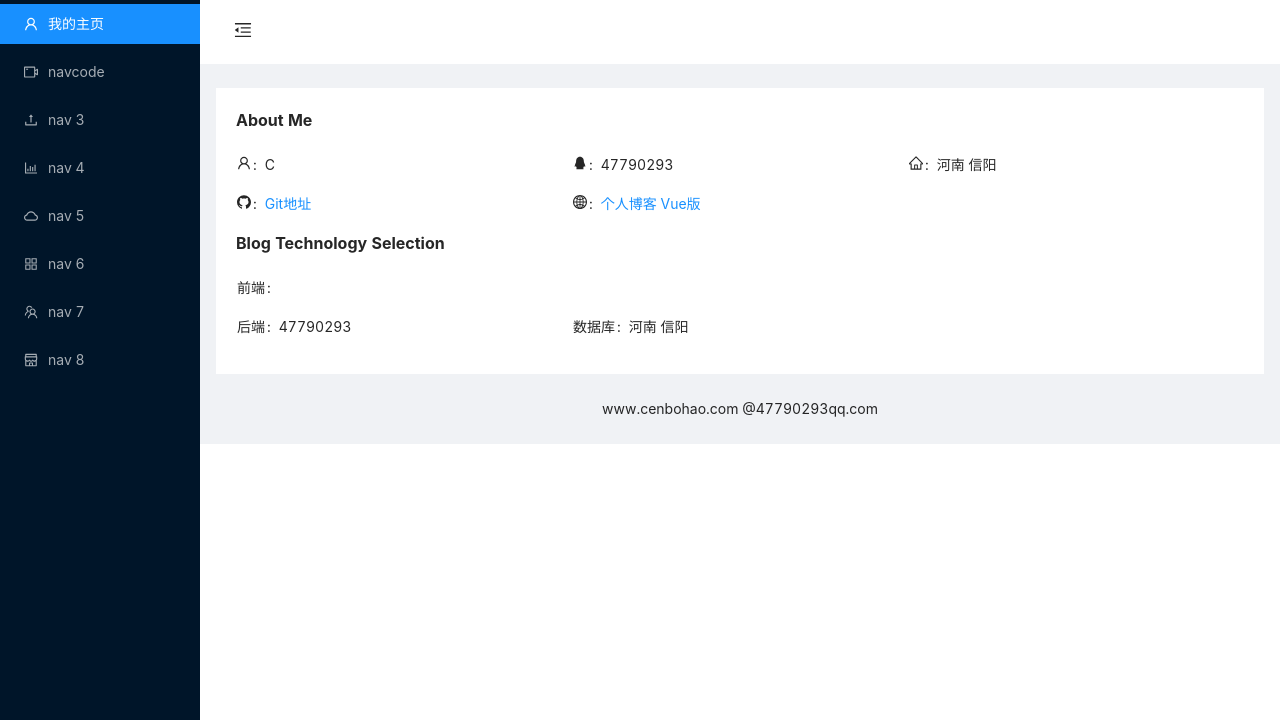
Repository: CBH20010703/bolgsweb
Page: /index (app in blogs/)
The author's editor kept a copy of each file at every save. The page is drawn from the files as they stood at one save, then again after the next save.
The browser window is 1280 px wide. The pictures show the whole page.
The project was rebuilt for these pictures with package versions that can differ from the ones it lists, and the page was loaded fresh each time. Also part of the build but not shown: blogs/src/view/Login/Login.jsx, blogs/src/component/Menu/MenuList.css, blogs/src/view/Home/Home.css, blogs/src/view/NavCode/NavCode.css, blogs/src/view/NavCode/NavCode.jsx, blogs/src/view/404/Error.jsx.

Above is the page before, as saved 2021-06-27 22:35:16.

### blogs/src/index.js
import React from 'react';
import ReactDOM from 'react-dom';
import './index.css';
import App from './App';
import { BrowserRouter} from 'react-router-dom'


ReactDOM.render(<BrowserRouter><App /></BrowserRouter>,document.getElementById('root'));

### blogs/src/App.js
import './App.css';
import { React, Component } from "react";

import  RouterMap from "./router/RouterMap"
export default class  App extends Component {
  constructor(props) {
    super(props);
    this.state = {  collapsed: false, }
  }
  toggle = (data) => {
     console.log(data)
    this.setState({
      collapsed: data,
    });
  };
  render() {
    return (
      <RouterMap/>
    );
  }
}

### blogs/src/router/RouterMap.js
import React from 'react'
import {  Route, Switch} from 'react-router-dom'
import Login from "../view/Login/Login"
import Context from '../view/context/context'
import Error from '../view/404/Error'
export default class RouterMap  extends React.Component {
    render() {
        return (


            <Switch>
                 <Route  path="/"  component={Context}/>
                <Route path="/login" component={Login} />

                    <Route path="*" component={Error} />

               </Switch>


        )
    }
}

### blogs/src/view/context/context.jsx

import { React, Component } from "react";
import Headers from '../../component/Header/Headers';
import MenuList from '../../component/Menu/MenuList';
import Footers from '../../component/Footer/Footers';

import { Layout } from 'antd';
import { Redirect, Route, Switch } from 'react-router-dom'
import Home from "../Home/Home.jsx";
import Navcode from "../NavCode/NavCode.jsx"
import Error from "../404/Error";
const { Content, Sider } = Layout;
export default class Context extends Component {
  constructor(props) {
    super(props);
    this.state = { collapsed: false, }
  }
  toggle = (data) => {
    console.log(data)
    this.setState({
      collapsed: data,
    });
  };
  render() {
    return (

      <Layout>
        <Sider trigger={null} collapsible collapsed={this.state.collapsed}
          style={{
            overflow: 'auto',
            height: '100vh',
            position: 'fixed',
            left: 0,
          }}
        >
          <MenuList />
        </Sider>
        <Layout className="site-layout" style={{ paddingLeft: this.state.collapsed ? "60px" : "200px", transition: "0.1s ease" }}>
          <Headers toggle={this.toggle} parent={this.state.collapsed}></Headers>
          <Content style={{ margin: '24px 16px 0', height: "auto", background: "#fff" }}>
            <Switch>
              <Route path="/index" component={Home} />
              <Route path="/NavCode" component={Navcode} />
              <Route path="*" component={Error} />
              <Redirect to="/index"></Redirect>
            </Switch>
          </Content>
          <Footers />
        </Layout>
      </Layout>


    );
  }
}

### blogs/src/component/Header/Headers.jsx
import React, { Component } from 'react'
import { Layout } from 'antd';


import {
  MenuUnfoldOutlined,
  MenuFoldOutlined,
} from '@ant-design/icons';
import "./Headers.css"
const { Header } = Layout;
export default class Headers extends Component {
    constructor(props) {
        super(props)
        this.state = {
            isShow:false
        }
    }
    Tab = () => {
        let { isShow } = this.state;
        this.setState({
            isShow:!isShow
        })
        this.props.toggle(!isShow);

    }
    render() {

        return (

                <Header className="site-layout-background" style={{ paddingLeft:"10px" }} >
                     {React.createElement(this.state.isShow ? MenuUnfoldOutlined : MenuFoldOutlined, {
              className: 'trigger',
                         onClick: this.Tab,

            })}
                </Header>

        )
    }
}

### blogs/src/component/Menu/MenuList.jsx
import React, { Component } from 'react'
import { Menu } from 'antd';
import {Link} from 'react-router-dom'
import "./MenuList.css"
import {
  AppstoreOutlined,
  BarChartOutlined,
  CloudOutlined,
  ShopOutlined,
  TeamOutlined,
  UserOutlined,
  UploadOutlined,
  VideoCameraOutlined,
} from '@ant-design/icons';
export default class MenuList extends Component {
  render() {
    return (

         <Menu theme="dark" mode="inline" defaultSelectedKeys={['1']}>
          <Menu.Item key="1"  icon={<UserOutlined />}>
          <Link to="/index"> 我的主页
            </Link>

          </Menu.Item>
          <Menu.Item key="2" icon={<VideoCameraOutlined />}>
          <Link to="/NavCode"> navcode
            </Link>

          </Menu.Item>
          <Menu.Item key="3" icon={<UploadOutlined />}>
            nav 3
          </Menu.Item>
          <Menu.Item key="4" icon={<BarChartOutlined />}>
            nav 4
          </Menu.Item>
          <Menu.Item key="5" icon={<CloudOutlined />}>
            nav 5
          </Menu.Item>
          <Menu.Item key="6" icon={<AppstoreOutlined />}>
            nav 6
          </Menu.Item>
          <Menu.Item key="7" icon={<TeamOutlined />}>
            nav 7
          </Menu.Item>
          <Menu.Item key="8" icon={<ShopOutlined />}>
            nav 8
          </Menu.Item>
        </Menu>
    )
  }
}

### blogs/src/component/Footer/Footers.jsx
import React, { Component } from 'react'
import { Layout } from 'antd';
const {  Footer } = Layout;
export default class Footers extends Component {
    render() {
        return (
            <div>
               <Footer style={{ textAlign: 'center' }}>www.cenbohao.com @47790293qq.com</Footer>
            </div>
        )
    }
}

### blogs/src/view/Home/Home.jsx
import React, { Component } from 'react'
import "./Home.css"
import { Descriptions, Progress } from 'antd';
import { UserOutlined, QqOutlined, HomeOutlined, GithubOutlined, GlobalOutlined } from '@ant-design/icons';
export default class Home extends Component {

    handleClick = e => {
        console.log('click ', e);
    };
    render() {
        return (

            <div style={{ padding: "20px" }}>
                <Descriptions title="About Me">
                    <Descriptions.Item label={<UserOutlined />}>C</Descriptions.Item>
                    <Descriptions.Item label={<QqOutlined />}>47790293</Descriptions.Item>
                    <Descriptions.Item label={<HomeOutlined />}>河南 信阳</Descriptions.Item>
                    <Descriptions.Item label={<GithubOutlined />}><a href="https://github.com/CBH20010703"  >Git地址</a></Descriptions.Item>
                    <Descriptions.Item label={<GlobalOutlined />} span={2}>
                        <a href="http://www.cenbohao.com/">个人博客 Vue版</a>
                    </Descriptions.Item>
                </Descriptions>

                <Descriptions title="Blog Technology Selection">
                    <Descriptions.Item span={3} label="前端"></Descriptions.Item>
                    <Descriptions.Item label="后端">47790293</Descriptions.Item>
                    <Descriptions.Item label="数据库">河南 信阳</Descriptions.Item>

                </Descriptions>
            </div>

        )
    }
}

### blogs/src/component/Header/Headers.css
.site-layout .site-layout-background {
    background: #fff;
}

 .trigger {
    padding: 0 24px;
    font-size: 18px;
    line-height: 64px;
    cursor: pointer;
    transition: color 0.3s;
}

 .trigger:hover {
    color: #1890ff;
}

Loaded but not shown: blogs/public/index.html (common file); blogs/src/index.css (common file); blogs/src/App.css (common file)

After the next save:
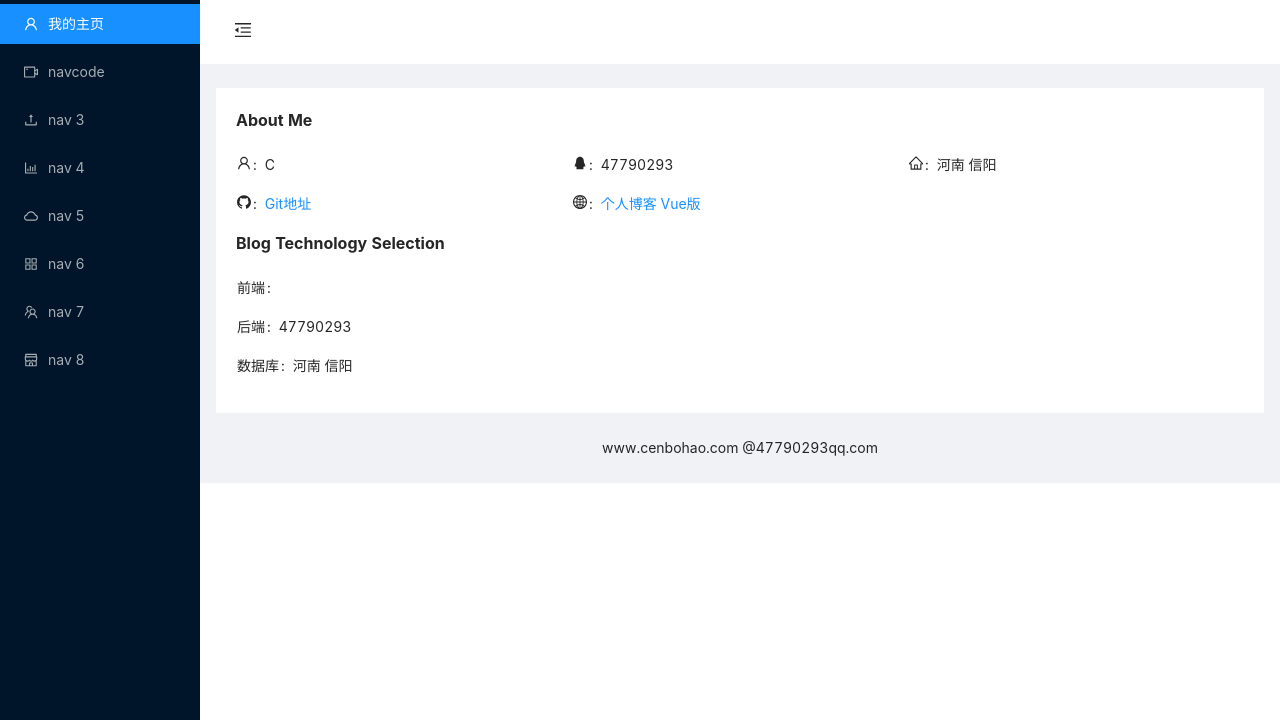
Saved 7 s later.
--- a/blogs/src/view/Home/Home.jsx
+++ b/blogs/src/view/Home/Home.jsx
@@ -23,8 +23,8 @@ export default class Home extends Component {
 
                 <Descriptions title="Blog Technology Selection">
                     <Descriptions.Item span={3} label="前端"></Descriptions.Item>
-                    <Descriptions.Item label="后端">47790293</Descriptions.Item>
-                    <Descriptions.Item label="数据库">河南 信阳</Descriptions.Item>
+                    <Descriptions.Item span={3} label="后端">47790293</Descriptions.Item>
+                    <Descriptions.Item span={3} label="数据库">河南 信阳</Descriptions.Item>
 
                 </Descriptions>
             </div>
